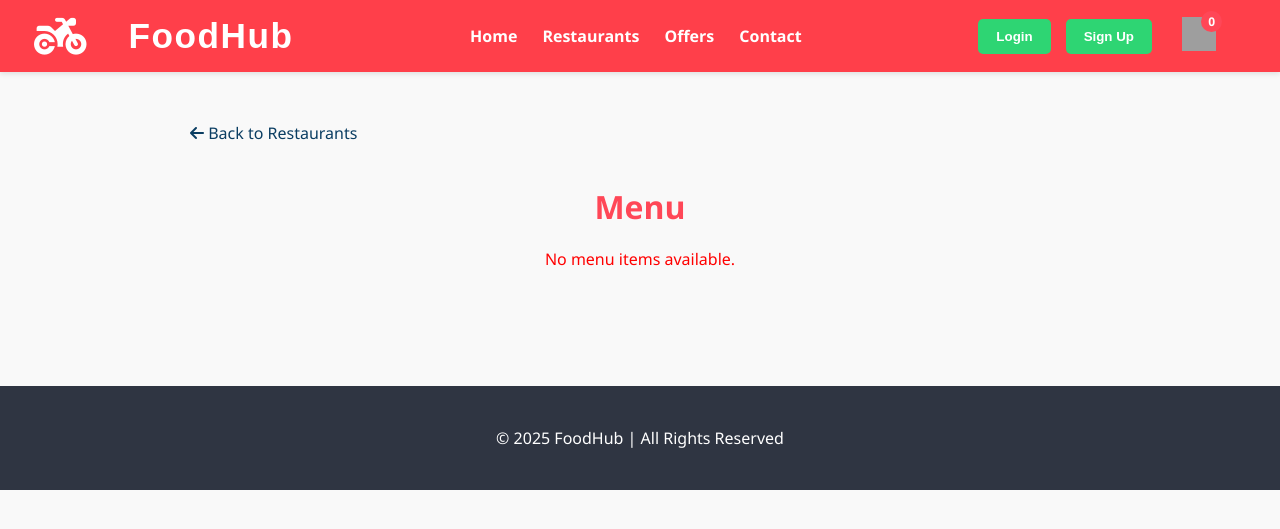
Repository: srinithiashoka/FoodDeliveryApp
Page: http://localhost/FoodDeliveryApp/menu.jsp
The author's editor kept a copy of each file at every save. The page is drawn from the files as they stood at one save, then again after the next save.
The browser window is 1280 px wide. The pictures show the whole page.
Pictures or frames that could not be fetched are drawn as grey boxes. The page is served by Tomcat 10. The template is opened directly, without the code that normally fills it, so the values that code supplies are empty.

Above is the page before, as saved 2025-12-03 06:39:43.

After the next save:
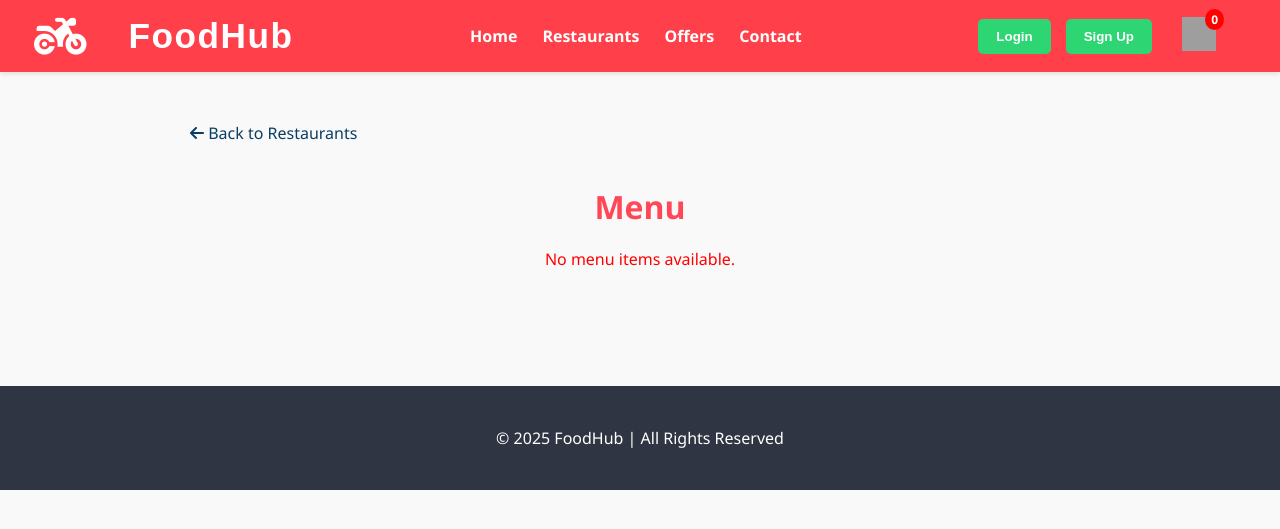
Console error (its wording comes from the project's code and is left out).
Saved 2 min 21 s later.
--- a/FoodDeliveryApp/src/main/webapp/menu.jsp
+++ b/FoodDeliveryApp/src/main/webapp/menu.jsp
@@ -18,6 +18,42 @@
     <link rel="stylesheet" href="https://cdnjs.cloudflare.com/ajax/libs/font-awesome/6.5.0/css/all.min.css">
     <link rel="stylesheet" href="css/home.css">
     <link rel="stylesheet" href="css/menu.css">
+    <style>
+        .cart-icon-wrapper {
+            position: relative;
+            display: inline-block;
+        }
+        .cart-badge {
+            position: absolute;
+            top: -8px;
+            right: -8px;
+            background: red;
+            color: #fff;
+            border-radius: 50%;
+            padding: 2px 6px;
+            font-size: 12px;
+        }
+        #toast {
+            position: fixed;
+            bottom: 30px;
+            left: 50%;
+            transform: translateX(-50%);
+            background: #333;
+            color: #fff;
+            padding: 10px 20px;
+            border-radius: 5px;
+            display: none;
+            z-index: 999;
+        }
+        #toast.show {
+            display: block;
+            animation: fadeinout 2.5s;
+        }
+        @keyframes fadeinout {
+            0%, 100% { opacity: 0; }
+            10%, 90% { opacity: 1; }
+        }
+    </style>
 </head>
 <body>
 
@@ -130,23 +166,15 @@
     .then(res => res.json())
     .then(data => {
         if (data.status === "success") {
-            showToast("Your item added successfully");
-            updateCartBadge();
+            showToast(data.message || "Cart updated");
+            // Update cart badge with live count
+            const badge = document.querySelector(".cart-badge");
+            if (badge && data.count !== undefined) badge.textContent = data.count;
         } else {
             showToast(data.message || "Cart update failed");
         }
     })
     .catch(err => { console.error("Fetch error:", err); showToast("Network error"); });
-}
-
-function updateCartBadge() {
-    fetch("<%=request.getContextPath()%>/cart?action=viewcount")
-        .then(res => res.json())
-        .then(data => {
-            const badge = document.querySelector(".cart-badge");
-            if (badge) badge.textContent = data.count || 0;
-        })
-        .catch(err => console.error(err));
 }
 
 document.querySelectorAll(".menu-item-wrapper").forEach((item) => {
@@ -156,13 +184,35 @@
     const addBtn = item.querySelector(".btn-add");
     const input = item.querySelector(".quantity-input-display");
 
-    if (decrease) decrease.onclick = () => { let val = parseInt(input.value||"0",10); if(val>0) input.value=val-1; };
-    if (increase) increase.onclick = () => { let val = parseInt(input.value||"0",10); input.value=val+1; };
-    if (clearBtn) clearBtn.onclick = () => { input.value=0; const menuId=getMenuId(item); if(menuId>0) addToCart(menuId,0,"remove"); };
-    if (addBtn) addBtn.onclick = () => { const menuId=getMenuId(item); const qty=parseInt(input.value||"0",10); addToCart(menuId, qty, qty>0?"add":"remove"); };
+    if (decrease) decrease.onclick = () => {
+        let val = parseInt(input.value||"0",10);
+        if(val>0) input.value=val-1;
+    };
+    if (increase) increase.onclick = () => {
+        let val = parseInt(input.value||"0",10);
+        input.value=val+1;
+    };
+    if (clearBtn) clearBtn.onclick = () => {
+        input.value=0;
+        const menuId=getMenuId(item);
+        if(menuId>0) addToCart(menuId,0,"remove");
+    };
+    if (addBtn) addBtn.onclick = () => {
+        const menuId=getMenuId(item);
+        const qty=parseInt(input.value||"0",10);
+        addToCart(menuId, qty, qty>0?"add":"remove");
+    };
 });
 
-window.onload = updateCartBadge;
+// Initialize badge on load
+window.onload = () => {
+    fetch("<%=request.getContextPath()%>/cart?action=viewcount")
+        .then(res => res.json())
+        .then(data => {
+            const badge = document.querySelector(".cart-badge");
+            if (badge && data.count !== undefined) badge.textContent = data.count;
+        });
+};
 //]]>
 </script>
 

After the save that followed:
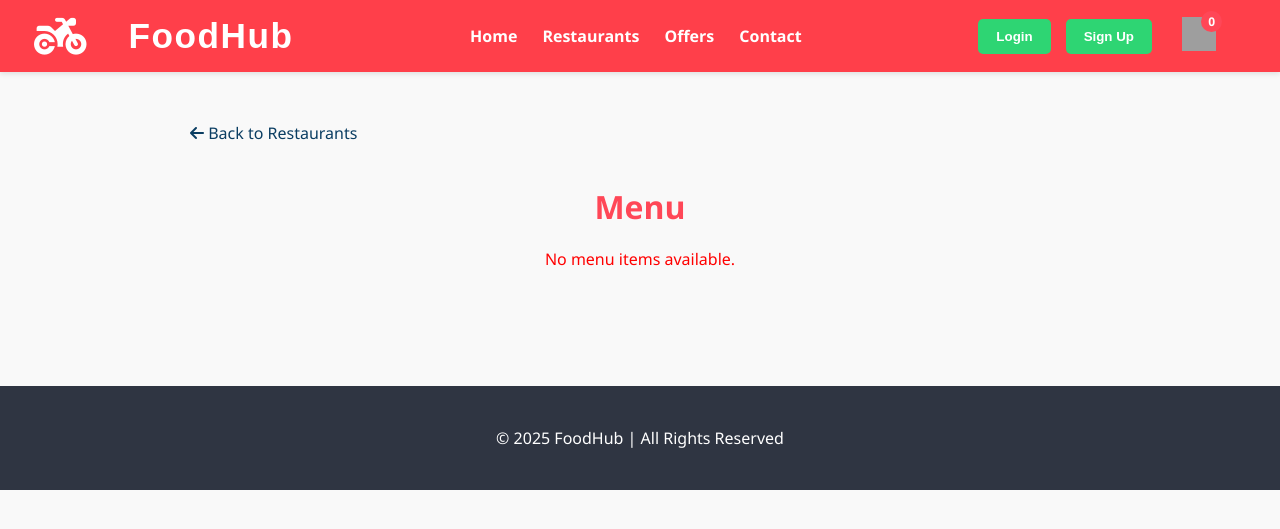
The error is gone.
Saved 2 min 55 s later.
--- a/FoodDeliveryApp/src/main/webapp/menu.jsp
+++ b/FoodDeliveryApp/src/main/webapp/menu.jsp
@@ -18,42 +18,6 @@
     <link rel="stylesheet" href="https://cdnjs.cloudflare.com/ajax/libs/font-awesome/6.5.0/css/all.min.css">
     <link rel="stylesheet" href="css/home.css">
     <link rel="stylesheet" href="css/menu.css">
-    <style>
-        .cart-icon-wrapper {
-            position: relative;
-            display: inline-block;
-        }
-        .cart-badge {
-            position: absolute;
-            top: -8px;
-            right: -8px;
-            background: red;
-            color: #fff;
-            border-radius: 50%;
-            padding: 2px 6px;
-            font-size: 12px;
-        }
-        #toast {
-            position: fixed;
-            bottom: 30px;
-            left: 50%;
-            transform: translateX(-50%);
-            background: #333;
-            color: #fff;
-            padding: 10px 20px;
-            border-radius: 5px;
-            display: none;
-            z-index: 999;
-        }
-        #toast.show {
-            display: block;
-            animation: fadeinout 2.5s;
-        }
-        @keyframes fadeinout {
-            0%, 100% { opacity: 0; }
-            10%, 90% { opacity: 1; }
-        }
-    </style>
 </head>
 <body>
 
@@ -85,9 +49,9 @@
     </div>
 </header>
 
-<div class="container menu-container" style="position: relative;">
+<div class="container menu-container">
     <a href="home.jsp" class="back-link"><i class="fa fa-arrow-left"></i> Back to Restaurants</a>
-    <h1 style="text-align:center; margin-bottom:20px; color:#ff4757;">Menu</h1>
+    <h1 class="menu-title">Menu</h1>
 
     <% if (menuList != null && !menuList.isEmpty()) { %>
         <% for (Menu m : menuList) { %>
@@ -118,7 +82,7 @@
         </div>
         <% } %>
     <% } else { %>
-        <p style="text-align:center; color:red; width:100%;">No menu items available.</p>
+        <p class="no-menu-items">No menu items available.</p>
     <% } %>
 </div>
 
@@ -166,15 +130,15 @@
     .then(res => res.json())
     .then(data => {
         if (data.status === "success") {
-            showToast(data.message || "Cart updated");
-            // Update cart badge with live count
+            showToast(data.message || "Cart updated successfully");
+            // Update cart badge
             const badge = document.querySelector(".cart-badge");
             if (badge && data.count !== undefined) badge.textContent = data.count;
         } else {
             showToast(data.message || "Cart update failed");
         }
     })
-    .catch(err => { console.error("Fetch error:", err); showToast("Network error"); });
+    .catch(err => { console.error(err); showToast("Network error"); });
 }
 
 document.querySelectorAll(".menu-item-wrapper").forEach((item) => {
@@ -184,34 +148,21 @@
     const addBtn = item.querySelector(".btn-add");
     const input = item.querySelector(".quantity-input-display");
 
-    if (decrease) decrease.onclick = () => {
-        let val = parseInt(input.value||"0",10);
-        if(val>0) input.value=val-1;
-    };
-    if (increase) increase.onclick = () => {
-        let val = parseInt(input.value||"0",10);
-        input.value=val+1;
-    };
-    if (clearBtn) clearBtn.onclick = () => {
-        input.value=0;
-        const menuId=getMenuId(item);
-        if(menuId>0) addToCart(menuId,0,"remove");
-    };
-    if (addBtn) addBtn.onclick = () => {
-        const menuId=getMenuId(item);
-        const qty=parseInt(input.value||"0",10);
-        addToCart(menuId, qty, qty>0?"add":"remove");
-    };
+    if (decrease) decrease.onclick = () => { let val = parseInt(input.value||"0",10); if(val>0) input.value=val-1; };
+    if (increase) increase.onclick = () => { let val = parseInt(input.value||"0",10); input.value=val+1; };
+    if (clearBtn) clearBtn.onclick = () => { input.value=0; const menuId=getMenuId(item); if(menuId>0) addToCart(menuId,0,"remove"); };
+    if (addBtn) addBtn.onclick = () => { const menuId=getMenuId(item); const qty=parseInt(input.value||"0",10); addToCart(menuId, qty, qty>0?"add":"remove"); };
 });
 
-// Initialize badge on load
+// Initial fetch of cart count
 window.onload = () => {
     fetch("<%=request.getContextPath()%>/cart?action=viewcount")
         .then(res => res.json())
         .then(data => {
             const badge = document.querySelector(".cart-badge");
             if (badge && data.count !== undefined) badge.textContent = data.count;
-        });
+        })
+        .catch(err => console.error(err));
 };
 //]]>
 </script>
